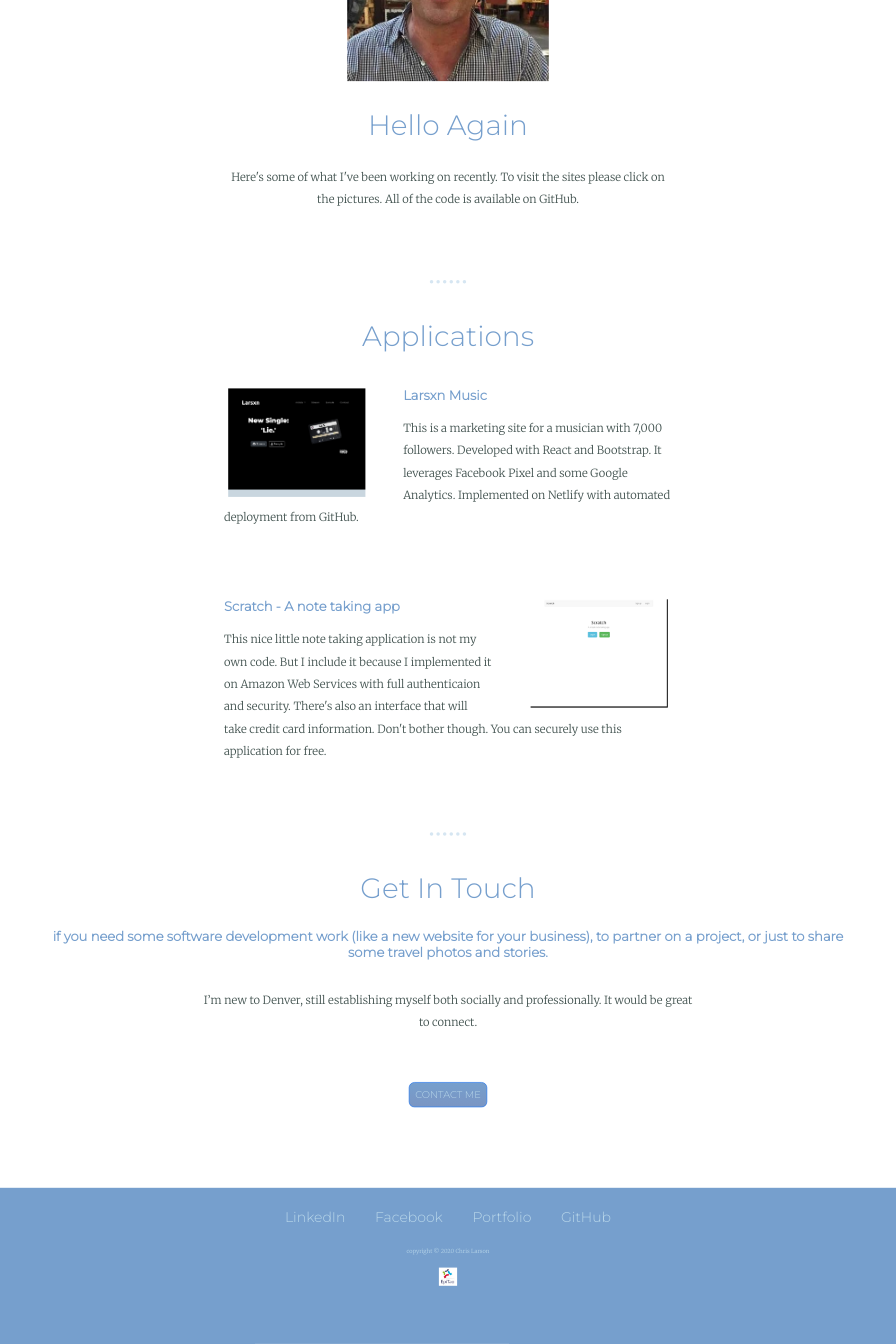
Repository: EpiTao-LLC/Personal_web_page
Page: pages/portfolio.html
An editor plug-in stored every save of this project. The page is shown before and after the next save, followed by the edit.
The browser window is 1280 px wide. The pictures show the part of the page from y = 1487 to 3407 px (the page is 3407 px tall before and 3352 px after), at 70% of full size.

Above is the page before, as saved 2020-10-11 13:14:01.

After the next save:
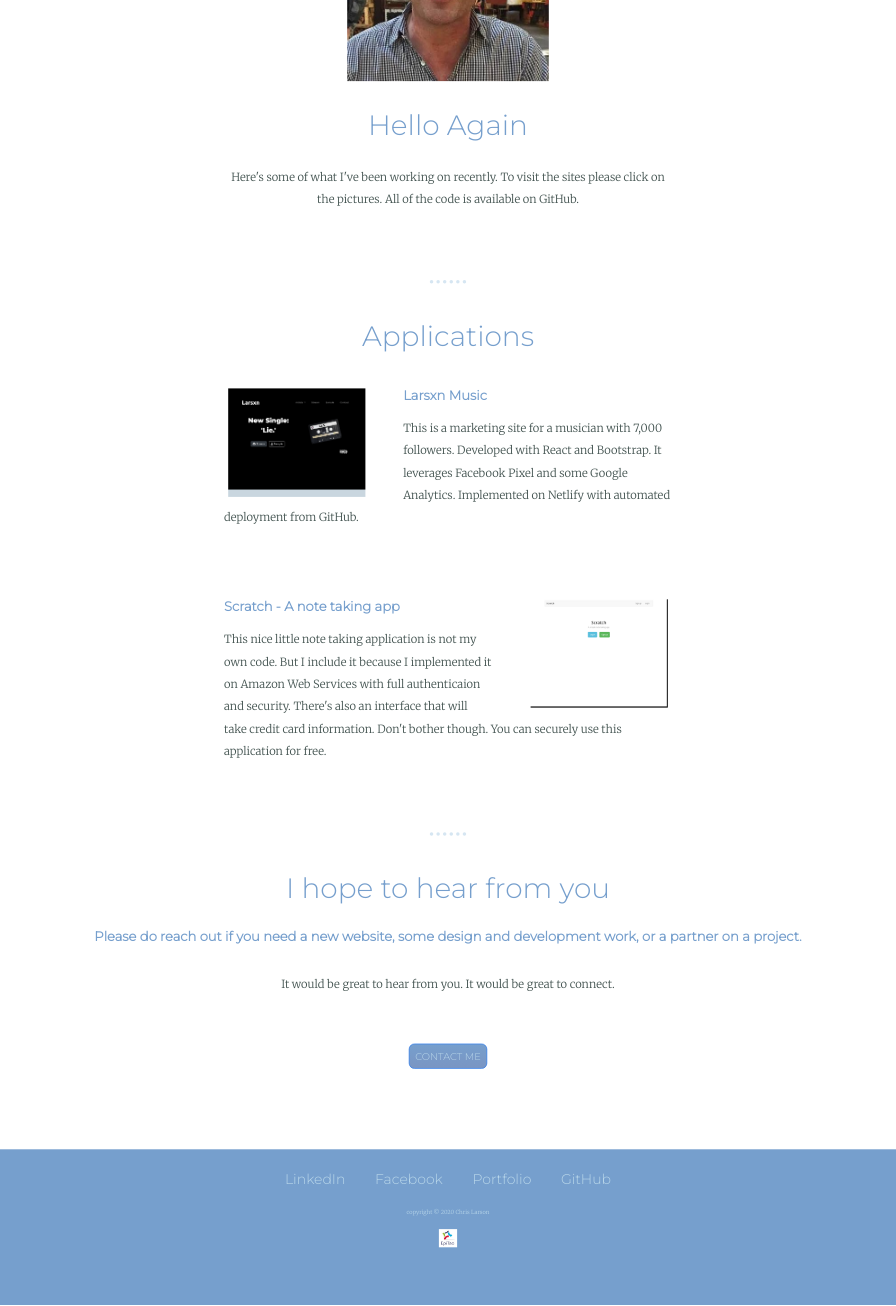
Saved 3 min 21 s later.
--- a/pages/portfolio.html
+++ b/pages/portfolio.html
@@ -63,10 +63,9 @@
         </div>
         <hr>
         <div class="contact-me">
-          <h2>Get In Touch</h2>
-          <h3>if you need some software development work (like a new website for your business),
-             to partner on a project, or just to share some travel photos and stories.</h3>
-          <p class="contact-message">I’m new to Denver, still establishing myself both socially and professionally.
+          <h2>I hope to hear from you</h2>
+          <h3>Please do reach out if you need a new website, some design and development work, or a partner on a project.</h3>
+          <p class="contact-message">It would be great to hear from you.
             It would be great to connect.</p>
           <a class="btn" href="mailto:chris@epitao.com">CONTACT ME</a>
         </div>
